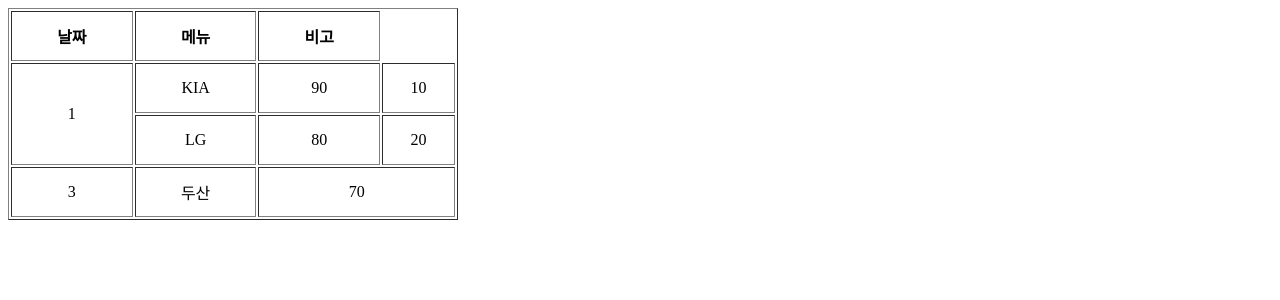
Repository: Cheol-Cheol/KOSA
Page: Kcc_web/Html/WebContent/mission/2.html
These files come from the project's save history. The page is drawn as it stood at one moment and after a run of saves; the edit follows.
The browser window is 1280 px wide. The pictures show the whole page.

Above is the page before, as saved 2024-07-08 05:32:48.

### Kcc_web/Html/WebContent/mission/2.html
<!DOCTYPE html>
<html>
<head>
<meta charset="UTF-8">
<title>Insert title here</title>
</head>
<body>
	<table width="450" border="1">
		<thead>
			<tr height="50" align="center">
				<th>날짜</th>
				<th>메뉴</th>
				<th>비고</th>
			</tr>
		</thead>
		<tbody>
			<tr height="50" align="center">
				<td rowspan="2">1</td>
				<td>KIA</td>
				<td>90</td>
				<td>10</td>
			</tr>
			<tr height="50" align="center">
				<td>LG</td>
				<td>80</td>
				<td>20</td>
			</tr>
			<tr height="50" align="center">
				<td>3</td>
				<td>두산</td>
				<td colspan="2">70</td>
			</tr>
		</tbody>
	</table>
</body>
</html>

After the next 2 saves:
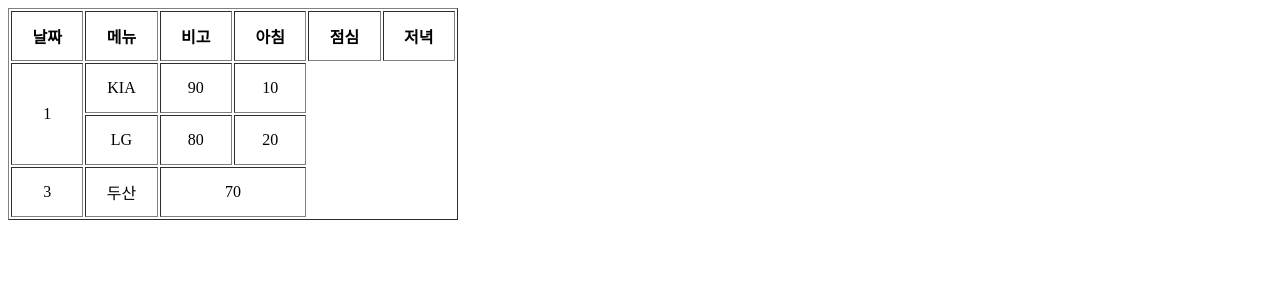
The 2 saves are shown as one change because they came seconds apart.
The last was saved 32 s later.
--- a/Kcc_web/Html/WebContent/mission/2.html
+++ b/Kcc_web/Html/WebContent/mission/2.html
@@ -11,6 +11,9 @@
 				<th>날짜</th>
 				<th>메뉴</th>
 				<th>비고</th>
+				<th>아침</th>
+				<th>점심</th>
+				<th>저녁</th>
 			</tr>
 		</thead>
 		<tbody>
